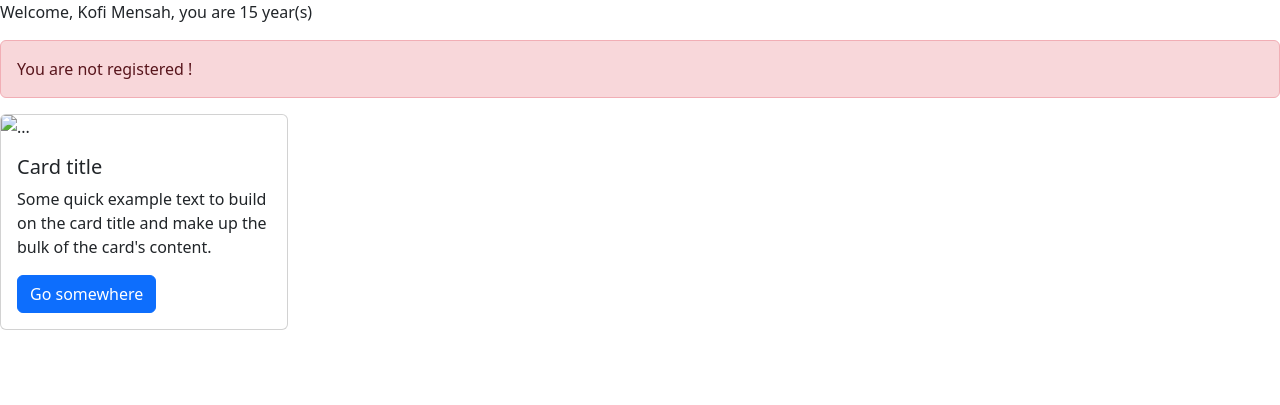
Repository: owuraku/DBC28.1
Page: http://localhost/employees
These files come from the project's save history. The page is drawn as it stood at one moment and after the next save; the edit follows.
The browser window is 1280 px wide. The pictures show the whole page.
Pictures or frames that could not be fetched are drawn as grey boxes. The page is served by the project's Laravel application, run on PHP 8.4 with Laravel 10. Other server files are loaded and not shown.

Above is the page before, as saved 2023-05-22 09:54:00.

### routes/web.php
<?php

use App\Http\Controllers\EmployeeController;
use App\Http\Controllers\FirstController;
use Illuminate\Support\Facades\Route;

/*
|--------------------------------------------------------------------------
| Web Routes
|--------------------------------------------------------------------------
|
| Here is where you can register web routes for your application. These
| routes are loaded by the RouteServiceProvider and all of them will
| be assigned to the "web" middleware group. Make something great!
|
*/

Route::get('/', function () {
    return view('welcome');
});

// Route::get('/employees', function(){
//     return "Get all employees";
// })->name('employees.index');


// Route::get('/employees/{id}', function($id){
//     return "Get employee with id of $id";
// })->whereNumber('id')->name('employees.show');

Route::get('/employees', [FirstController::class, 'myFirstControllerFunction']);



//Route prefix
// Route::prefix('/employees')
// ->name('employees.')
// ->controller(FirstController::class)
// ->group(function(){
    // Route::get('', 'myFirstControllerFunction' )->name('index');

//     Route::post('', function(){
//         return "Save employee details";
//     })->name('store');

//     Route::get('/create', function(){
//         return "Get employee create form";
//     })->name('create');

//     Route::get('/{id}', 'mySecondControllerFunction')->name('show');

//      Route::get('/edit/{id}', function($id){
//         return "Get edit form for employee with id of $id";
//     })->name('edit');

//     Route::patch('/{id}', function($id){
//         return "Edit employee id of $id";
//     })->name('update');

//      Route::delete('/{id}', function($id){
//         return "Delete employee id of $id";
//     })->name('destroy');
// });


Route::resource('/employees', EmployeeController::class);

### app/Http/Controllers/EmployeeController.php
<?php

namespace App\Http\Controllers;

use Illuminate\Http\Request;

class EmployeeController extends Controller
{
    /**
     * Display a listing of the resource.
     */
    public function index()
    {
        // return view('myFirstView')
        // ->with('fullname', 'Kofi Mensah')
        // ->with('age', 15);

         return view('myFirstView', [
            "fullname" => "Kofi Mensah",
            "age" => 15,
            "isRegistered" => false
         ]);
        // return view('test');
        // return [
        //     [
        //         "id" => 1, "name"=> "Kofi Mensah"
        //     ],
        //      [
        //         "id" => 2, "name"=> "Adwoa Mansah"
        //     ]
        // ];
        //
    }

    /**
     * Show the form for creating a new resource.
     */
    public function create()
    {
        //
    }

    /**
     * Store a newly created resource in storage.
     */
    public function store(Request $request)
    {
        $validated = $request->validate([
        'last_name' => 'required|min:10',
        'first_name' => 'required|min:10',
        ]);
        //

        return $validated;
    }

    /**
     * Display the specified resource.
     */
    public function show(string $id)
    {
        //
    }

    /**
     * Show the form for editing the specified resource.
     */
    public function edit(string $id)
    {
        //
    }

    /**
     * Update the specified resource in storage.
     */
    public function update(Request $request, string $id)
    {
        //
    }

    /**
     * Remove the specified resource from storage.
     */
    public function destroy(string $id)
    {
        //
    }
}

### resources/views/myFirstView.blade.php
<!DOCTYPE html>
<html lang="en">

<head>
    <meta charset="UTF-8">
    <meta name="viewport" content="width=device-width, initial-scale=1.0">
    <meta http-equiv="X-UA-Compatible" content="ie=edge">
    <link href="https://cdn.jsdelivr.net/npm/bootstrap@5.3.0-alpha3/dist/css/bootstrap.min.css" rel="stylesheet"
        integrity="sha384-KK94CHFLLe+nY2dmCWGMq91rCGa5gtU4mk92HdvYe+M/SXH301p5ILy+dN9+nJOZ" crossorigin="anonymous">
    <title>Document</title>
</head>

<body>

    <p>
        Welcome, {{ $fullname }}, you are {{ $age }} year(s)
    </p>

    @if ($isRegistered)
        <div class="alert alert-success" role="alert">
            Horaaay!! You are registered !
        </div>
    @else
        <div class="alert alert-danger" role="alert">
            You are not registered !
        </div>
    @endif

    <div class="card" style="width: 18rem;">
        <img src="..." class="card-img-top" alt="...">
        <div class="card-body">
            <h5 class="card-title">Card title</h5>
            <p class="card-text">Some quick example text to build on the card title and make up the bulk of the card's
                content.</p>
            <a href="#" class="btn btn-primary">Go somewhere</a>
        </div>
    </div>



    <script src="https://cdn.jsdelivr.net/npm/bootstrap@5.3.0-alpha3/dist/js/bootstrap.bundle.min.js"
        integrity="sha384-ENjdO4Dr2bkBIFxQpeoTz1HIcje39Wm4jDKdf19U8gI4ddQ3GYNS7NTKfAdVQSZe" crossorigin="anonymous">
    </script>
</body>

</html>

### resources/views/layout/master.blade.php
<!DOCTYPE html>
<html lang="en">

<head>
    <meta charset="UTF-8">
    <meta name="viewport" content="width=device-width, initial-scale=1.0">
    <meta http-equiv="X-UA-Compatible" content="ie=edge">
    <link href="https://cdn.jsdelivr.net/npm/bootstrap@5.3.0-alpha3/dist/css/bootstrap.min.css" rel="stylesheet"
        integrity="sha384-KK94CHFLLe+nY2dmCWGMq91rCGa5gtU4mk92HdvYe+M/SXH301p5ILy+dN9+nJOZ" crossorigin="anonymous">
    <title>Document</title>
</head>

<body>
    <main>
        @include('layout.sidebar')

    </main>

    <script src="https://cdn.jsdelivr.net/npm/bootstrap@5.3.0-alpha3/dist/js/bootstrap.bundle.min.js"
        integrity="sha384-ENjdO4Dr2bkBIFxQpeoTz1HIcje39Wm4jDKdf19U8gI4ddQ3GYNS7NTKfAdVQSZe" crossorigin="anonymous">
    </script>
</body>

</html>

### resources/views/layout/sidebar.blade.php
<div class="d-flex flex-column flex-shrink-0 p-3 text-bg-dark" style="width: 280px;">
    <a href="/" class="d-flex align-items-center mb-3 mb-md-0 me-md-auto text-white text-decoration-none">
        <svg class="bi pe-none me-2" width="40" height="32">
            <use xlink:href="#bootstrap" />
        </svg>
        <span class="fs-4">Sidebar</span>
    </a>
    <hr>
    <ul class="nav nav-pills flex-column mb-auto">
        <li class="nav-item">
            <a href="#" class="nav-link active" aria-current="page">
                <svg class="bi pe-none me-2" width="16" height="16">
                    <use xlink:href="#home" />
                </svg>
                Home
            </a>
        </li>
        <li>
            <a href="#" class="nav-link text-white">
                <svg class="bi pe-none me-2" width="16" height="16">
                    <use xlink:href="#speedometer2" />
                </svg>
                Dashboard
            </a>
        </li>
        <li>
            <a href="#" class="nav-link text-white">
                <svg class="bi pe-none me-2" width="16" height="16">
                    <use xlink:href="#table" />
                </svg>
                Orders
            </a>
        </li>
        <li>
            <a href="#" class="nav-link text-white">
                <svg class="bi pe-none me-2" width="16" height="16">
                    <use xlink:href="#grid" />
                </svg>
                Products
            </a>
        </li>
        <li>
            <a href="#" class="nav-link text-white">
                <svg class="bi pe-none me-2" width="16" height="16">
                    <use xlink:href="#people-circle" />
                </svg>
                Customers
            </a>
        </li>
    </ul>
    <hr>
    <div class="dropdown">
        <a href="#" class="d-flex align-items-center text-white text-decoration-none dropdown-toggle"
            data-bs-toggle="dropdown" aria-expanded="false">
            <img src="https://github.com/mdo.png" alt="" width="32" height="32"
                class="rounded-circle me-2">
            <strong>mdo</strong>
        </a>
        <ul class="dropdown-menu dropdown-menu-dark text-small shadow">
            <li><a class="dropdown-item" href="#">New project...</a></li>
            <li><a class="dropdown-item" href="#">Settings</a></li>
            <li><a class="dropdown-item" href="#">Profile</a></li>
            <li>
                <hr class="dropdown-divider">
            </li>
            <li><a class="dropdown-item" href="#">Sign out</a></li>
        </ul>
    </div>
</div>

Loaded but not shown: app/Http/Controllers/Controller.php (common file)

After the next save:
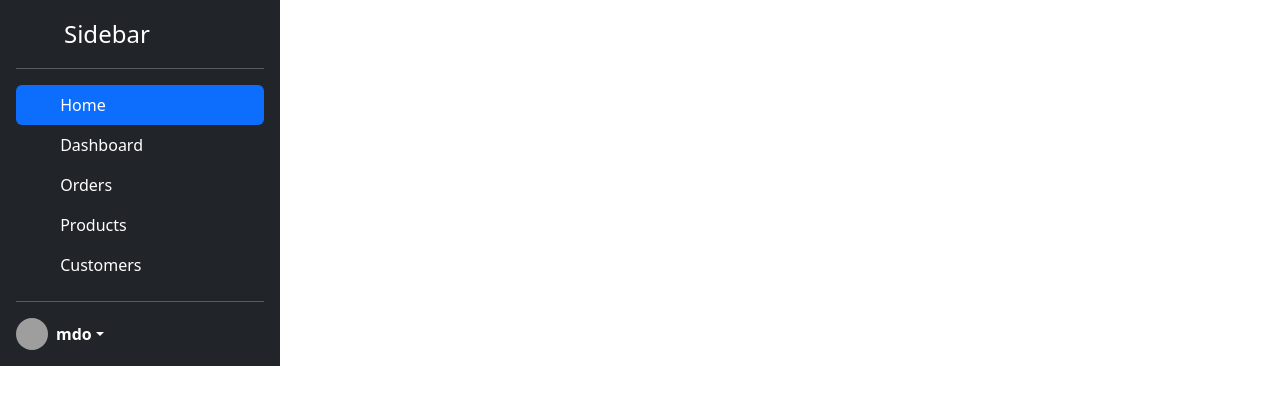
Saved 61 s later.
--- a/app/Http/Controllers/EmployeeController.php
+++ b/app/Http/Controllers/EmployeeController.php
@@ -15,7 +15,7 @@ class EmployeeController extends Controller
         // ->with('fullname', 'Kofi Mensah')
         // ->with('age', 15);
 
-         return view('myFirstView', [
+         return view('layout.master', [
             "fullname" => "Kofi Mensah",
             "age" => 15,
             "isRegistered" => false
